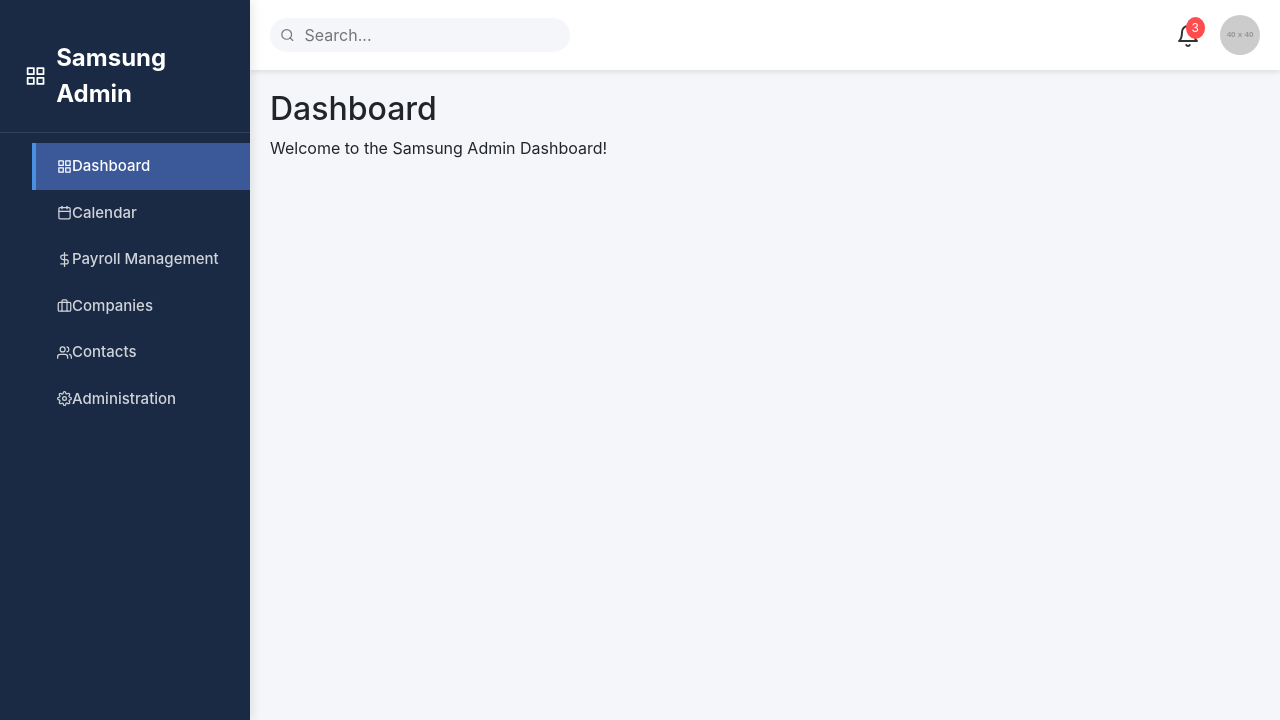
Repository: lenb2109136/HTTTQL
Page: /
These files come from the project's save history. The page is drawn as it stood at one moment and after the next save; the edit follows.
The browser window is 1280 px wide. The pictures show the whole page.
The project was rebuilt for these pictures with package versions that can differ from the ones it lists, and the page was loaded fresh each time.

Above is the page before, as saved 2025-03-28 12:00:11.

### src/index.js
import React from 'react';
import ReactDOM from 'react-dom/client';
import './index.css';
import App from './App';
import reportWebVitals from './reportWebVitals';
import 'bootstrap/dist/css/bootstrap.min.css'; // Import Bootstrap CSS
const root = ReactDOM.createRoot(document.getElementById('root'));
root.render(
  <React.StrictMode>
    <App />
  </React.StrictMode>
);

// If you want to start measuring performance in your app, pass a function
// to log results (for example: reportWebVitals(console.log))
// or send to an analytics endpoint. Learn more: https://bit.ly/CRA-vitals
reportWebVitals();

### src/App.js
// src/App.js
import React from 'react';
import { BrowserRouter as Router, Route, Routes } from 'react-router-dom';
import './App.css';
import Header from './component/admin/Header';
import Sidebar from './component/admin/SlideBar';
import Dashboard from './component/admin/Dashboard';

function App() {
  return (
    <Router>
      <div className="app">
        <Sidebar />
        <div className="main-content">
          <Header />
          <Routes>
            <Route path="/" element={<Dashboard />} />
          </Routes>
        </div>
      </div>
    </Router>
  );
}

export default App;

### src/App.css
/* src/App.css */
* {
  margin: 0;
  padding: 0;
  box-sizing: border-box;
  font-family: 'Inter', Arial, sans-serif; /* Sử dụng font hiện đại hơn */
}

.app {
  display: flex;
}

.main-content {
  flex: 1;
  margin-left: 250px;
  background-color: #f5f6fa;
  min-height: 100vh;
}

/* Sidebar */
.sidebar {
  width: 250px;
  height: 100vh;
  background-color: #1a2a44; /* Màu nền tối, chuyên nghiệp */
  color: white;
  position: fixed;
  top: 0;
  left: 0;
  padding-top: 20px;
  transition: all 0.3s ease; /* Hiệu ứng mượt mà khi thay đổi */
  box-shadow: 2px 0 10px rgba(0, 0, 0, 0.1); /* Thêm bóng nhẹ */
}

.sidebar .logo {
  font-size: 24px;
  font-weight: 700;
  padding: 20px 25px;
  color: #fff;
  display: flex;
  align-items: center;
  gap: 10px;
  border-bottom: 1px solid rgba(255, 255, 255, 0.1); /* Đường viền nhẹ */
}

.sidebar .logo i {
  font-size: 28px;
}

.sidebar ul {
  list-style: none;
  margin-top: 10px;
}

.sidebar ul li {
  padding: 12px 25px; /* Giảm padding để trông gọn gàng hơn */
  display: flex;
  align-items: center;
  cursor: pointer;
  transition: background-color 0.3s ease, padding-left 0.3s ease; /* Hiệu ứng mượt mà */
}

.sidebar ul li:hover {
  background-color: #2a3b5a; /* Màu hover sáng hơn một chút */
  padding-left: 30px; /* Hiệu ứng dịch chuyển nhẹ khi hover */
}

.sidebar ul li.active {
  background-color: #3b5998; /* Màu nền khi mục được chọn */
  border-left: 4px solid #4a90e2; /* Đường viền bên trái để làm nổi bật */
  padding-left: 21px; /* Điều chỉnh padding để cân đối với border */
}

.sidebar ul li a {
  color: #d1d5db; /* Màu chữ nhạt hơn cho trạng thái bình thường */
  text-decoration: none;
  display: flex;
  align-items: center;
  font-size: 15px;
  font-weight: 500;
  transition: color 0.3s ease;
}

.sidebar ul li a:hover,
.sidebar ul li.active a {
  color: #fff; /* Màu chữ trắng khi hover hoặc active */
}

.sidebar ul li a i {
  margin-right: 12px;
  font-size: 18px;
  color: #9ca3af; /* Màu biểu tượng nhạt hơn */
  transition: color 0.3s ease;
}

.sidebar ul li a:hover i,
.sidebar ul li.active a i {
  color: #fff; /* Màu biểu tượng trắng khi hover hoặc active */
}

/* Header */
.header {
  background-color: #fff;
  padding: 15px 20px;
  box-shadow: 0 2px 5px rgba(0, 0, 0, 0.1);
  display: flex;
  justify-content: space-between;
  align-items: center;
}

/* Page Content */
.page-content {
  padding: 20px;
}

### src/component/admin/header.js
// src/components/Header.js
import React, { useState } from 'react';
import { FiSearch, FiBell, FiLogOut } from 'react-icons/fi'; // Import icons
import './Header.css'; // Tạo file CSS riêng cho Header

const Header = () => {
  const [isDropdownOpen, setIsDropdownOpen] = useState(false);

  const toggleDropdown = () => {
    setIsDropdownOpen(!isDropdownOpen);
  };

  return (
    <div className="header">
      {/* Thanh tìm kiếm */}
      <div className="search-bar">
        <FiSearch className="search-icon" />
        <input type="text" placeholder="Search..." />
      </div>

      {/* Phần bên phải: Thông báo và Avatar */}
      <div className="header-right">
        {/* Biểu tượng thông báo */}
        <div className="notification">
          <FiBell className="notification-icon" />
          <span className="notification-badge">3</span> {/* Số thông báo */}
        </div>

        {/* Avatar và Dropdown */}
        <div className="user-profile">
          <div className="avatar" onClick={toggleDropdown}>
            <img
              src="https://via.placeholder.com/40" // Thay bằng URL ảnh avatar của bạn
              alt="User Avatar"
            />
          </div>
          {isDropdownOpen && (
            <div className="dropdown-menu">
              <div className="dropdown-item">John Doe</div>{' '}
              {/* Tên người dùng */}
              <div className="dropdown-item">john.doe@samsung.com</div>{' '}
              {/* Email */}
              <div className="dropdown-item logout">
                <FiLogOut className="logout-icon" />
                Logout
              </div>
            </div>
          )}
        </div>
      </div>
    </div>
  );
};

export default Header;

### src/component/admin/SlideBar.js
// src/components/Sidebar.js
import React from 'react';
import { Link, useLocation } from 'react-router-dom';
import {
  FiGrid,
  FiCalendar,
  FiDollarSign,
  FiBriefcase,
  FiUsers,
  FiSettings,
} from 'react-icons/fi'; // Thay FiBuilding bằng FiBriefcase

const Sidebar = () => {
  const location = useLocation(); // Lấy URL hiện tại

  return (
    <div className="sidebar">
      <div className="logo">
        <FiGrid /> Samsung Admin
      </div>
      <ul>
        <li className={location.pathname === '/' ? 'active' : ''}>
          <Link to="/">
            <FiGrid /> Dashboard
          </Link>
        </li>
        <li className={location.pathname === '/calendar' ? 'active' : ''}>
          <Link to="/calendar">
            <FiCalendar /> Calendar
          </Link>
        </li>
        <li
          className={
            location.pathname === '/payroll-management' ? 'active' : ''
          }
        >
          <Link to="/payroll-management">
            <FiDollarSign /> Payroll Management
          </Link>
        </li>
        <li className={location.pathname === '/companies' ? 'active' : ''}>
          <Link to="/companies">
            <FiBriefcase /> Companies {/* Thay FiBuilding bằng FiBriefcase */}
          </Link>
        </li>
        <li className={location.pathname === '/contacts' ? 'active' : ''}>
          <Link to="/contacts">
            <FiUsers /> Contacts
          </Link>
        </li>
        <li className={location.pathname === '/administration' ? 'active' : ''}>
          <Link to="/administration">
            <FiSettings /> Administration
          </Link>
        </li>
      </ul>
    </div>
  );
};

export default Sidebar;

### src/component/admin/Dashboard.js
// src/pages/Dashboard.js
import React from 'react';

const Dashboard = () => {
  return (
    <div className="page-content">
      <h2>Dashboard</h2>
      <p>Welcome to the Samsung Admin Dashboard!</p>
    </div>
  );
};

export default Dashboard;

### src/component/admin/Header.css
/* src/components/Header.css */
.header {
  background-color: #fff;
  padding: 15px 20px;
  box-shadow: 0 2px 5px rgba(0, 0, 0, 0.1);
  display: flex;
  justify-content: space-between;
  align-items: center;
}

/* Thanh tìm kiếm */
.search-bar {
  display: flex;
  align-items: center;
  background-color: #f5f6fa;
  border-radius: 20px;
  padding: 5px 10px;
  width: 300px;
}

.search-bar input {
  border: none;
  background: none;
  outline: none;
  margin-left: 10px;
  width: 100%;
}

.search-icon {
  color: #777;
}

/* Phần bên phải */
.header-right {
  display: flex;
  align-items: center;
  gap: 20px;
}

/* Biểu tượng thông báo */
.notification {
  position: relative;
  cursor: pointer;
}

.notification-icon {
  font-size: 24px;
  color: #333;
}

.notification-badge {
  position: absolute;
  top: -5px;
  right: -5px;
  background-color: #ff4d4f;
  color: white;
  border-radius: 50%;
  padding: 2px 6px;
  font-size: 12px;
}

/* Avatar và Dropdown */
.user-profile {
  position: relative;
}

.avatar {
  width: 40px;
  height: 40px;
  border-radius: 50%;
  overflow: hidden;
  cursor: pointer;
}

.avatar img {
  width: 100%;
  height: 100%;
  object-fit: cover;
}

.dropdown-menu {
  position: absolute;
  top: 50px;
  right: 0;
  background-color: #fff;
  box-shadow: 0 2px 10px rgba(0, 0, 0, 0.1);
  border-radius: 5px;
  width: 200px;
  z-index: 1000;
}

.dropdown-item {
  padding: 10px 15px;
  border-bottom: 1px solid #f0f0f0;
  font-size: 14px;
  color: #333;
}

.dropdown-item:last-child {
  border-bottom: none;
}

.logout {
  display: flex;
  align-items: center;
  gap: 10px;
  color: #ff4d4f;
  cursor: pointer;
}

.logout-icon {
  font-size: 16px;
}

Loaded but not shown: public/index.html (common file); src/index.css (common file); src/reportWebVitals.js (common file)

After the next save:
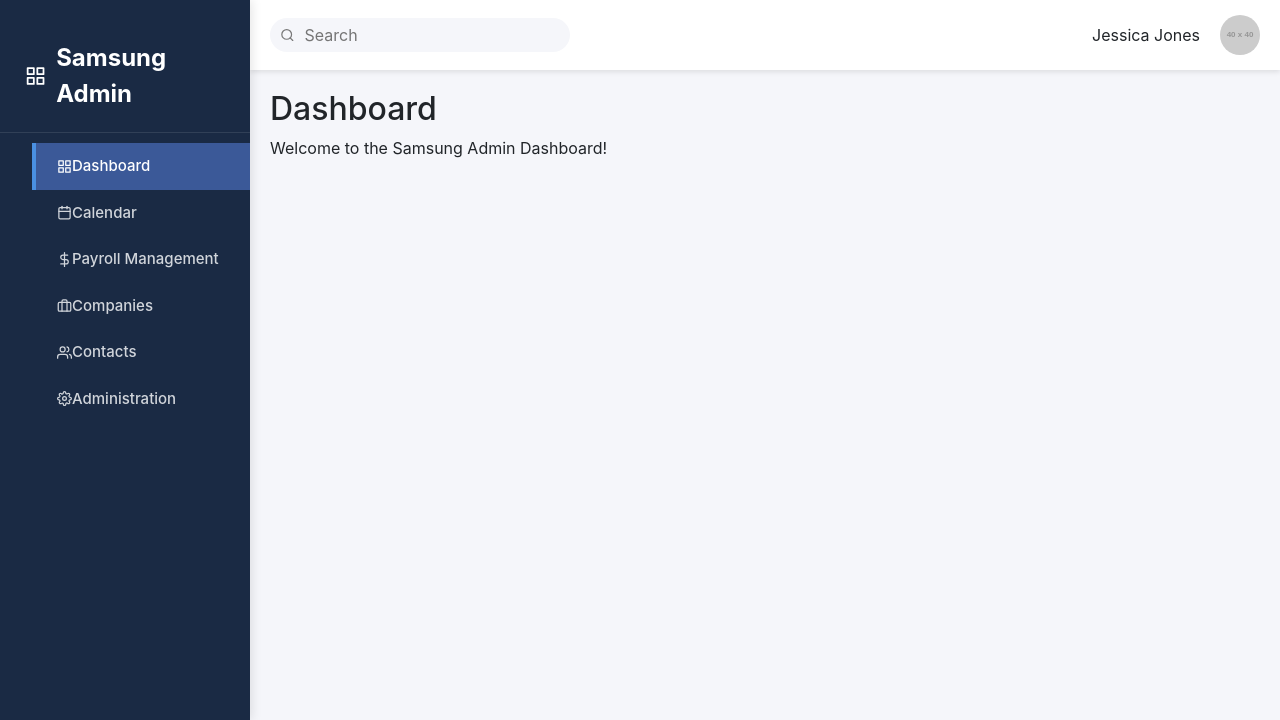
Saved 6 min 33 s later.
--- a/src/component/admin/header.js
+++ b/src/component/admin/header.js
@@ -1,7 +1,7 @@
 // src/components/Header.js
 import React, { useState } from 'react';
-import { FiSearch, FiBell, FiLogOut } from 'react-icons/fi'; // Import icons
-import './Header.css'; // Tạo file CSS riêng cho Header
+import { FiSearch, FiLogOut } from 'react-icons/fi';
+import './Header.css';
 
 const Header = () => {
   const [isDropdownOpen, setIsDropdownOpen] = useState(false);
@@ -15,31 +15,20 @@
       {/* Thanh tìm kiếm */}
       <div className="search-bar">
         <FiSearch className="search-icon" />
-        <input type="text" placeholder="Search..." />
+        <input type="text" placeholder="Search" />
       </div>
 
-      {/* Phần bên phải: Thông báo và Avatar */}
+      {/* Phần bên phải: Tên người dùng và Avatar */}
       <div className="header-right">
-        {/* Biểu tượng thông báo */}
-        <div className="notification">
-          <FiBell className="notification-icon" />
-          <span className="notification-badge">3</span> {/* Số thông báo */}
-        </div>
-
-        {/* Avatar và Dropdown */}
+        <span className="user-name">Jessica Jones</span>
         <div className="user-profile">
           <div className="avatar" onClick={toggleDropdown}>
-            <img
-              src="https://via.placeholder.com/40" // Thay bằng URL ảnh avatar của bạn
-              alt="User Avatar"
-            />
+            <img src="https://via.placeholder.com/40" alt="User Avatar" />
           </div>
           {isDropdownOpen && (
             <div className="dropdown-menu">
-              <div className="dropdown-item">John Doe</div>{' '}
-              {/* Tên người dùng */}
-              <div className="dropdown-item">john.doe@samsung.com</div>{' '}
-              {/* Email */}
+              <div className="dropdown-item">Jessica Jones</div>
+              <div className="dropdown-item">jessica.jones@samsung.com</div>
               <div className="dropdown-item logout">
                 <FiLogOut className="logout-icon" />
                 Logout
